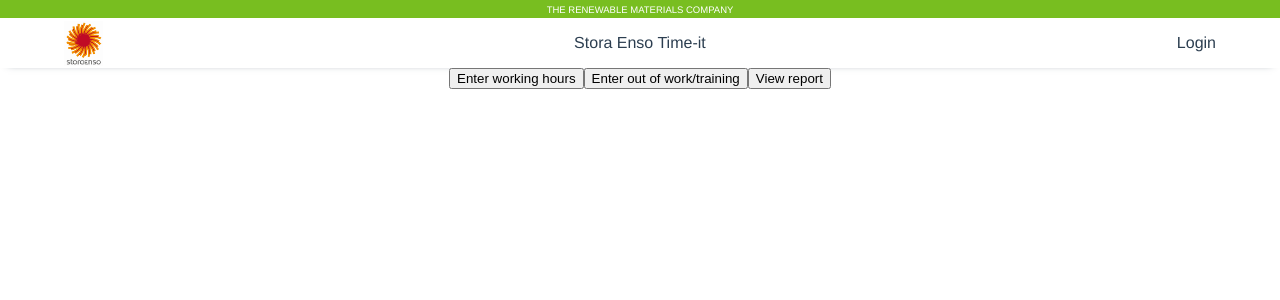
Repository: marianreha/vue-timeit
Page: /
These files come from the project's save history. The page is drawn as it stood at one moment and after the next save; the edit follows.
The browser window is 1280 px wide. The pictures show the whole page.
Some web fonts or font styles are not loaded; a fallback is used. The project was rebuilt for these pictures with package versions that can differ from the ones it lists, and the page was loaded fresh each time. Also part of the build but not shown: vue.config.js.

Above is the page before, as saved 2020-03-29 19:18:57.

### src/App.vue
<template>
  <div id="app">
    <Navbar />
    <Home />
  </div>
</template>

<script>
import Navbar from './components/Navbar'
import Home from './components/Home'

export default {
  name: 'App',
  components: {
    Navbar,
    Home,
  }
}
</script>

<style>
@import url(//db.onlinewebfonts.com/c/2afedaab5a5177410b408023384af22d?family=HelveticaNeueLTW01-55Roman);

#app {
  font-family: Helvetica, Arial, sans-serif;
  -webkit-font-smoothing: antialiased;
  -moz-osx-font-smoothing: grayscale;
  text-align: center;
  color: #2c3e50;
  padding: 0px;
}

* {
    box-sizing: border-box;
    margin: 0 !important;
    cursor: default;
}
</style>

### src/components/Navbar.vue
<template>
  <div>
      <header class="green">
          The renewable materials company
      </header>
      <header class="navbar">
          <img class="logo" src="../assets/logo.jpg" alt="logo">
          <nav>
              Stora Enso Time-it
          </nav>
          <span>Login</span>
      </header>
  </div>
</template>

<script>
export default {
    name: 'Navbar',
}
</script>

<style>
.green {
    padding: 4px 0 3px 0;
    background-color: #78BE20;
    color: #FFFFFF;
    font-size: 9.5px;
    text-transform: uppercase;
}

.navbar {
    display: flex;
    height: 2rem;
    justify-content: space-between;
    align-items: center;
    padding: 25px 5%;
    box-shadow: 0 3px 8px -8px;
}

.logo {
    height: 45px;
    cursor: pointer;
}
</style>>

### src/components/Home.vue
<template>
  <div>
      <!-- <ul>
          <li>Enter working hours</li>
          <li>Enter out of work/training</li>
          <li>View report</li>
      </ul> -->
      <div>
        <button>Enter working hours</button>
        <button>Enter out of work/training</button>
        <button>View report</button>
      </div>
  </div>
</template>

<script>
export default {
    name: "Home"
}
</script>

<style>
ul {
    list-style: none;
}

container {
    display: flex;
    justify-content: center;
}
</style>

Loaded but not shown: public/index.html (common file); src/main.js (common file)

After the next save:
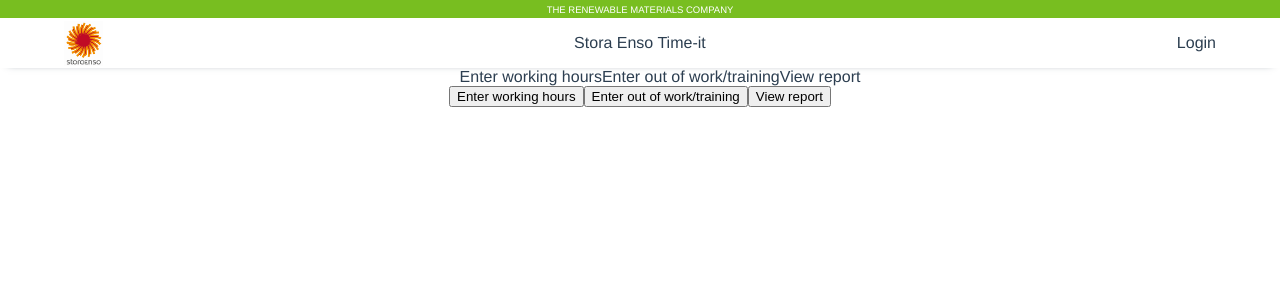
Saved 25 s later.
--- a/src/components/Home.vue
+++ b/src/components/Home.vue
@@ -1,10 +1,10 @@
 <template>
   <div>
-      <!-- <ul>
+      <ul>
           <li>Enter working hours</li>
           <li>Enter out of work/training</li>
           <li>View report</li>
-      </ul> -->
+      </ul>
       <div>
         <button>Enter working hours</button>
         <button>Enter out of work/training</button>
@@ -24,7 +24,7 @@
     list-style: none;
 }
 
-container {
+ul {
     display: flex;
     justify-content: center;
 }
